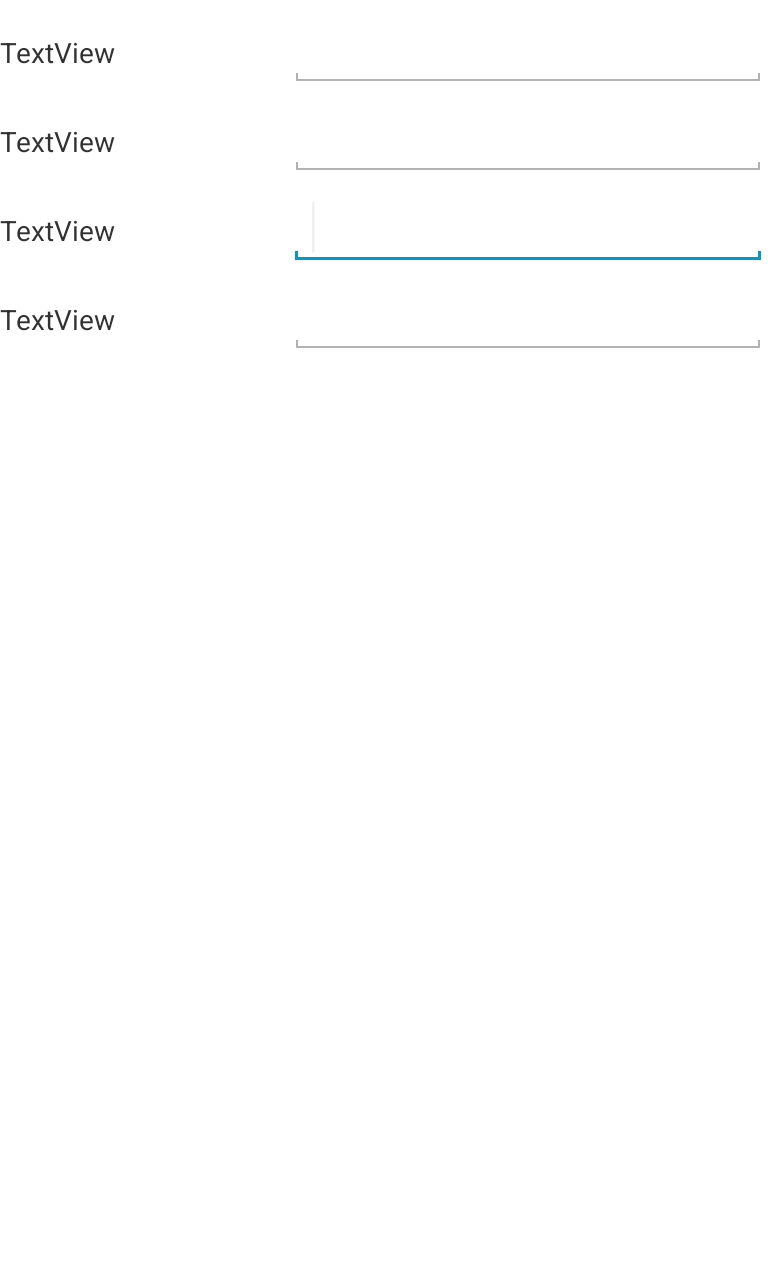
Repository: AungWinnHtut/Android
Layout: mywork1/Sale_system/res/layout/activity_main.xml
These files come from the project's save history. The layout is drawn as it stood at one moment and after the next save; the edit follows.
It is drawn on a 768 x 1280 px phone screen (xhdpi) without system bars, with theme AppTheme; the app's code is not run.

Above is the layout before, as saved 2015-07-12 04:16:12.

### mywork1/Sale_system/res/layout/activity_main.xml
<LinearLayout xmlns:android="http://schemas.android.com/apk/res/android"
    xmlns:tools="http://schemas.android.com/tools"
    android:id="@+id/LinearLayout1"
    android:layout_width="match_parent"
    android:layout_height="match_parent"
    android:orientation="vertical" >



    <LinearLayout
        android:layout_width="match_parent"
        android:layout_height="wrap_content"
        android:layout_marginTop="5dp"
        android:orientation="horizontal" >

        <TextView
            android:id="@+id/textView1"
            android:layout_width="0dp"
            android:layout_height="wrap_content"
            android:layout_weight="0.3"
            android:text="TextView" />

        <EditText
            android:id="@+id/editText1"
            android:layout_width="0dp"
            android:layout_weight="0.5
            "
            android:layout_height="wrap_content"
            android:ems="10" />

    </LinearLayout>



    <LinearLayout
        android:layout_width="match_parent"
        android:layout_height="wrap_content"
        android:layout_marginTop="5dp"
        android:orientation="horizontal" >

        <TextView
            android:id="@+id/textView2"
            android:layout_width="0dp"
            android:layout_height="wrap_content"
            android:layout_weight="0.3"
            android:text="TextView" />

        <EditText
            android:id="@+id/editText2"
            android:layout_width="0dp"
            android:layout_height="wrap_content"
            android:layout_weight="0.5"
            android:ems="10" />

    </LinearLayout>



    <LinearLayout
        android:layout_width="match_parent"
        android:layout_height="wrap_content"
        android:layout_marginTop="5dp"
        android:orientation="horizontal" >

        <TextView
            android:id="@+id/textView3"
            android:layout_width="0dp"
                  android:layout_weight="0.3"
            android:layout_height="wrap_content"
            android:text="TextView" />

        <EditText
            android:id="@+id/editText3"

            android:layout_height="wrap_content"
       android:layout_weight="0.5"
            android:ems="10" >

            <requestFocus />
        </EditText>

    </LinearLayout>




    <LinearLayout
        android:layout_width="match_parent"
        android:layout_height="wrap_content"
        android:layout_marginTop="5dp"
        android:orientation="horizontal" >

        <TextView
            android:id="@+id/textView4"
         android:layout_width="0dp"
            android:layout_height="wrap_content"
                  android:layout_weight="0.3"
            android:text="TextView" />

        <EditText
            android:id="@+id/editText4"

            android:layout_height="wrap_content"
            android:layout_weight="0.5"
            android:ems="10" />

    </LinearLayout>

</LinearLayout>

Loaded but not shown: mywork1/Sale_system/res/values-v11/styles.xml (common file); mywork1/Sale_system/res/values-v14/styles.xml (common file); mywork1/Sale_system/res/values/styles.xml (common file)

After the next save:
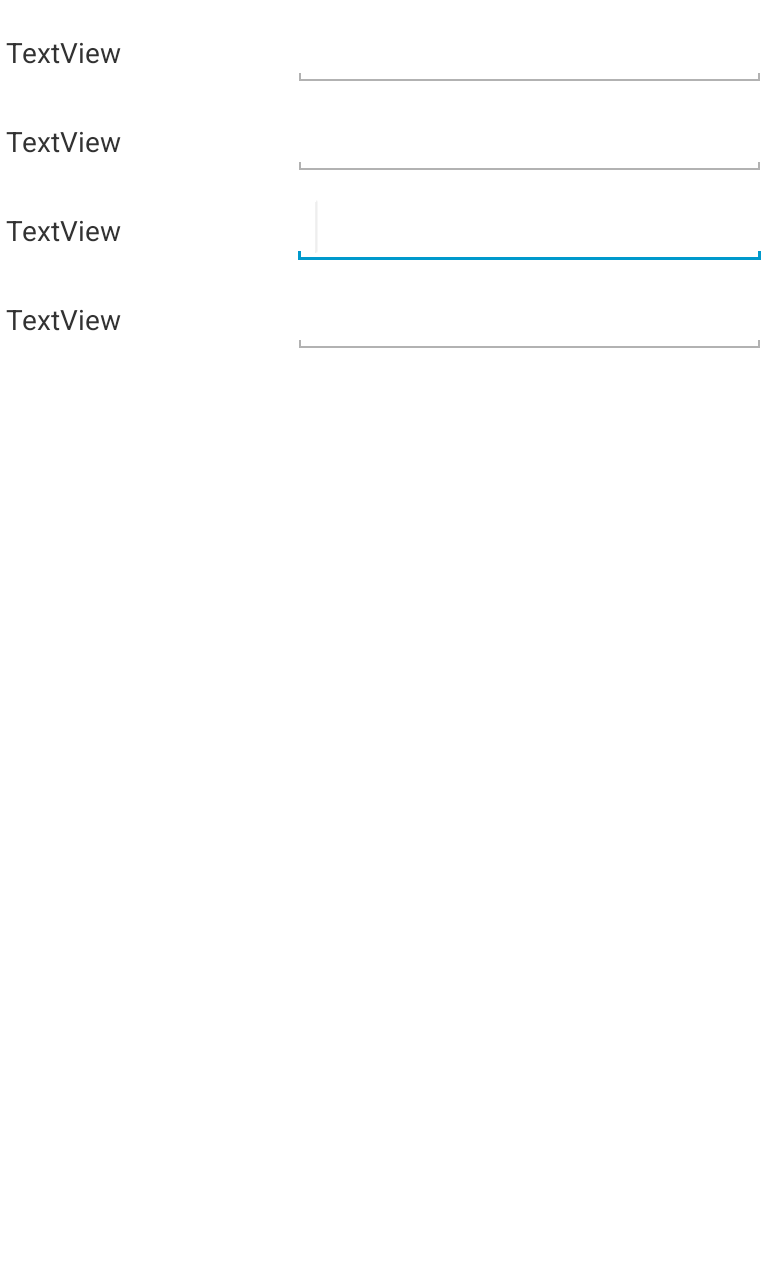
Saved 2 min 44 s later.
--- a/mywork1/Sale_system/res/layout/activity_main.xml
+++ b/mywork1/Sale_system/res/layout/activity_main.xml
@@ -7,9 +7,11 @@
 
 
 
+
     <LinearLayout
         android:layout_width="match_parent"
         android:layout_height="wrap_content"
+        android:layout_marginLeft="3dp"
         android:layout_marginTop="5dp"
         android:orientation="horizontal" >
 
@@ -32,9 +34,11 @@
 
 
 
+
     <LinearLayout
         android:layout_width="match_parent"
         android:layout_height="wrap_content"
+        android:layout_marginLeft="3dp"
         android:layout_marginTop="5dp"
         android:orientation="horizontal" >
 
@@ -56,9 +60,11 @@
 
 
 
+
     <LinearLayout
         android:layout_width="match_parent"
         android:layout_height="wrap_content"
+        android:layout_marginLeft="3dp"
         android:layout_marginTop="5dp"
         android:orientation="horizontal" >
 
@@ -84,9 +90,11 @@
 
 
 
+
     <LinearLayout
         android:layout_width="match_parent"
         android:layout_height="wrap_content"
+        android:layout_marginLeft="3dp"
         android:layout_marginTop="5dp"
         android:orientation="horizontal" >
 
@@ -106,4 +114,19 @@
 
     </LinearLayout>
 
+
+
+
+    <LinearLayout
+        android:layout_width="match_parent"
+        android:layout_height="wrap_content" >
+
+        <Button
+            android:id="@+id/button1"
+
+            android:layout_height="wrap_content"
+            android:text="Button" />
+
+    </LinearLayout>
+
 </LinearLayout>
